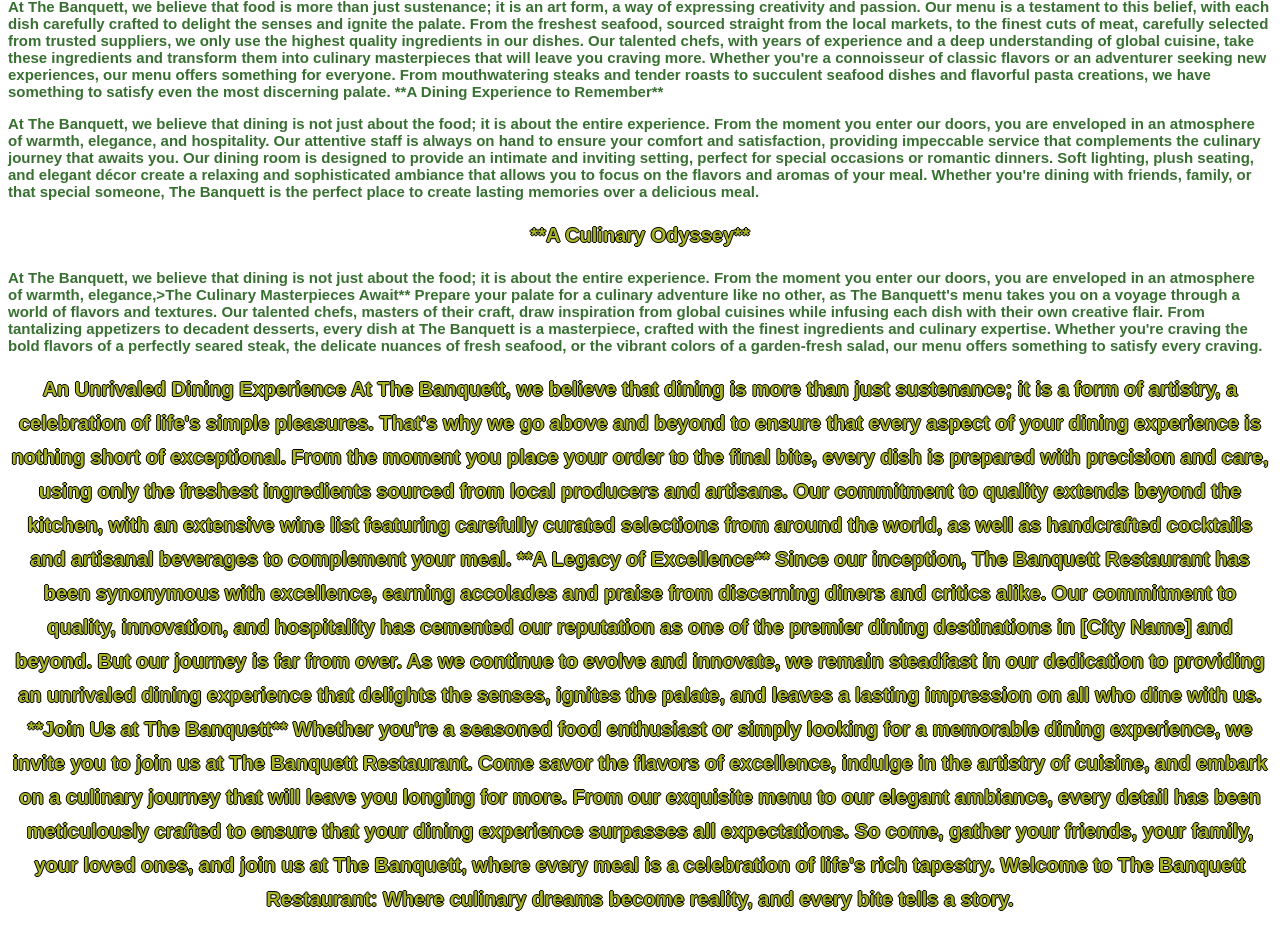
Repository: moinakhere/Restaurant
Page: Web face/home_page.html
These files come from the project's save history. The page is drawn as it stood at one moment and after the next save; the edit follows.
The browser window is 1280 px wide. The pictures show the part of the page from y = 1170 to 2122 px (the page is 2122 px tall before and 2117 px after).

Above is the page before, as saved 2024-04-07 21:23:18.

### Web face/home_page.html
<!DOCTYPE html>
<html/ lang="en"/>
<head/>
	<title>The Banquet Restaurant</title>
  <meta charset="utf-8">"
  <link rel="stylesheet" href="style.css">
  <meta name="viewport" content="width=device-width, initial-scale=1.0">
<body/>
  <p/><h1 class="p1"/>Welcome to The Banquet Restaurant
  <p/><h4 class="p2"/>Please select your table
  <form/>
    <input type="button" value="Table 1" onclick="window.location.href='table1.html'" target="_blank" class="button"/><br>
    <input type="button" value="Table 2" onclick="window.location.href='table2.html'" target="_blank" class="button"/><br>
    <input type="button" value="Table 3" onclick="window.location.href='table3.html'" target="_blank" class="button"/><br>
    <input type="button" value="Table 4" onclick="window.location.href='table4.html'" target="_blank" class="button"/><br>
    <input type="button" value="Table 5" onclick="window.location.href='table5.html'" target="_blank" class="button"/><br>
    <input type="button" value="Table 6" onclick="window.location.href='table6.html'" target="_blank" class="button"/><br>
  <img src="https://wallpapercave.com/wp/wp1874173.jpg" alt="The Banquet Restaurant" class="img1"/>
  <img src="https://media.timeout.com/images/105239239/image.jpg" alt="The Banquet Restaurant" class="img2"/><br>
  <strong class="head">Welcome to The Banquett Restaurant: A Culinary Odyssey<br></strong>
  <p class="body">
  Welcome, esteemed patrons, to The Banquett Restaurant, where gastronomic delights meet elegance in a symphony of flavors
  and ambiance. Nestled in the heart of Kolkata, The Banquett is more than just a restaurant; it is an experience, a
  journey through the artistry of cuisine. As you step through our doors, prepare to embark on a culinary odyssey like no other.
  The Banquett is not merely a place to dine; it is a sanctuary for food enthusiasts, a haven where passion for cooking meets dedication to service.</p>

  <strong class="head">A Fusion of Elegance and Comfort<br></strong>
  <p class="body">
  At The Banquett, we believe that dining is not just about the food; it is an experience that encompasses every sense.
  From the moment you enter, you are enveloped in an atmosphere of refined elegance and warmth. Our meticulously designed
  interior, adorned with soft lighting, plush seating, and tasteful décor, sets the stage for an unforgettable dining
  experience.
  Whether you're celebrating a special occasion, enjoying a romantic evening, or simply seeking a place to unwind after a
  long day, The Banquett offers an inviting ambiance that caters to all occasions. Our attentive staff is dedicated to
  ensuring your comfort, providing impeccable service that complements the culinary journey that awaits you.
  </p>
  <strong class="head">**A Symphony of Flavors**</p>
  <p class="body">
  At The Banquett, we believe that food is more than just sustenance; it is an art form, a way of expressing creativity
  and passion. Our menu is a testament to this belief, with each dish carefully crafted to delight the senses and ignite
  the palate.

  From the freshest seafood, sourced straight from the local markets, to the finest cuts of meat, carefully selected from
  trusted suppliers, we only use the highest quality ingredients in our dishes. Our talented chefs, with years of experience
  and a deep understanding of global cuisine, take these ingredients and transform them into culinary masterpieces that
  will leave you craving more.

  Whether you're a connoisseur of classic flavors or an adventurer seeking new experiences, our menu offers something
  for everyone. From mouthwatering steaks and tender roasts to succulent seafood dishes and flavorful pasta creations,
  we have something to satisfy even the most discerning palate.

  **A Dining Experience to Remember**</p>
  <p class="body">
  At The Banquett, we believe that dining is not just about the food; it is about the entire experience. From the moment you
  enter our doors, you are enveloped in an atmosphere of warmth, elegance, and hospitality. Our attentive staff is always
  on hand to ensure your comfort and satisfaction, providing impeccable service that complements the culinary journey that
  awaits you.

  Our dining room is designed to provide an intimate and inviting setting, perfect for special occasions or romantic dinners.
  Soft lighting, plush seating, and elegant décor create a relaxing and sophisticated ambiance that allows you to focus on
  the flavors and aromas of your meal.

  Whether you're dining with friends, family, or that special someone, The Banquett is the perfect place to create lasting
  memories over a delicious meal.
  </p>
  <strong class="head">**A Culinary Odyssey**</p>
  <p class="body">
  At The Banquett, we believe that dining is not just about the food; it is about the entire experience. From the moment you
  enter our doors, you are enveloped in an atmosphere of warmth, elegance,>The Culinary Masterpieces Await**

  Prepare your palate for a culinary adventure like no other, as The Banquett's menu takes you on a voyage through a world
  of flavors and textures. Our talented chefs, masters of their craft, draw inspiration from global cuisines while
  infusing each dish with their own creative flair.

  From tantalizing appetizers to decadent desserts, every dish at The Banquett is a masterpiece, crafted with the finest
  ingredients and culinary expertise. Whether you're craving the bold flavors of a perfectly seared steak, the delicate
  nuances of fresh seafood, or the vibrant colors of a garden-fresh salad, our menu offers something to satisfy every
  craving.</p>
  An Unrivaled Dining Experience

  At The Banquett, we believe that dining is more than just sustenance; it is a form of artistry, a celebration of life's
  simple pleasures. That's why we go above and beyond to ensure that every aspect of your dining experience is nothing
  short of exceptional.

  From the moment you place your order to the final bite, every dish is prepared with precision and care, using only the
  freshest ingredients sourced from local producers and artisans. Our commitment to quality extends beyond the kitchen,
  with an extensive wine list featuring carefully curated selections from around the world, as well as handcrafted
  cocktails and artisanal beverages to complement your meal.

  **A Legacy of Excellence**

  Since our inception, The Banquett Restaurant has been synonymous with excellence, earning accolades and praise from
  discerning diners and critics alike. Our commitment to quality, innovation, and hospitality has cemented our reputation
  as one of the premier dining destinations in [City Name] and beyond.

  But our journey is far from over. As we continue to evolve and innovate, we remain steadfast in our dedication to
  providing an unrivaled dining experience that delights the senses, ignites the palate, and leaves a lasting impression
  on all who dine with us.

  **Join Us at The Banquett**

  Whether you're a seasoned food enthusiast or simply looking for a memorable dining experience, we invite you to join us
  at The Banquett Restaurant. Come savor the flavors of excellence, indulge in the artistry of cuisine, and embark on a
  culinary journey that will leave you longing for more.

  From our exquisite menu to our elegant ambiance, every detail has been meticulously crafted to ensure that your dining
  experience surpasses all expectations. So come, gather your friends, your family, your loved ones, and join us at The
  Banquett, where every meal is a celebration of life's rich tapestry.

  Welcome to The Banquett Restaurant: Where culinary dreams become reality, and every bite tells a story.
  <div class="bg-img"/>

### Web face/style.css
.button {
  background-color: #ed5f0d;
  color: rgb(255, 255, 255);
  border: 1px solid rgb(21, 154, 200);
  border-radius: 20px;
  text-align: center;
  text-decoration: none;
  display: inline-block;
  font-size: 16px;
  margin: 4px 2px;
  cursor: pointer;
  padding: 15px 32px;
  width: 200px;
  height: 50px;
  font-family: Arial, Helvetica, sans-serif;
  box-shadow: 0 8px 20px 0 rgba(141, 66, 66, 0.835), 0 8px 20px 0 rgba(0,0,0,0.19);
  transition: height 0.4s, width 0.4s, font-size 0.4s, opacity 0.4s, background-color 0.4s, color 0.4s, box-shadow 0.4s;
}

.button:hover {
  background-color: #e87938;
  color: rgb(241, 225, 225);
  font-size: 20px;
  width: 210px;
  height: 52px;
  opacity: 0.8;
  box-shadow: 10px 12px 40px 2px rgba(141, 66, 66, 0.835), 0 8px 20px 0 rgba(0, 0, 0, 0.19);
  transition: height 0.4s, width 0.4s, font-size 0.4s, opacity 0.4s, background-color 0.4s, color 0.4s, box-shadow 0.4s;
}

.button:active {
  background-color: #f49a66;
  color: rgb(0, 0, 0);
  font-size: 20px;
  width: 210px;
  height: 52px;
  opacity: 0.5;
  box-shadow: 10px 12px 40px 2px rgba(141, 66, 66, 0.835), 0 8px 20px 0 rgba(0, 0, 0, 0.19);
}


.p1 {
  color: rgb(21, 154, 200);
  font-size: 50px;
  text-align: center;
  font-family: Arial, Helvetica, sans-serif;
  text-shadow: 1px 0px 0px rgb(71, 53, 100),
       -1px 0px 0px rgb(71, 53, 100),
       0px 1px 0px rgb(71, 53, 100),
       0px -1px 0px rgb(71, 53, 100);
}

.p2 {
  color: rgb(255, 0, 0);
  font-size: 30px;
  text-align: center;
  font-family: Arial, Helvetica, sans-serif;
  text-shadow: 1px 0px 0px rgb(0, 0, 0),
       -1px 0px 0px rgb(0, 0, 0),
       0px 1px 0px rgb(0, 0, 0),
       0px -1px 0px rgb(0, 0, 0);
}
form {
  text-align: center;
}
.img1{
    margin-top: 50px;
    margin-bottom: 50px;
    height: 200px;
    width: 600px;
    border-radius: 20px;
    opacity:0.7;
    float: left;
}

.img2{
    margin-top: 50px;
    margin-bottom: 50px;
    height: 200px;
    width: 600px;
    border-radius: 20px;
    opacity:0.7;
    float: right;
}

.bg-img {
  background-size: cover;
  background-repeat: no-repeat;
  background-position: center;
  position: fixed;
  top: 0;
  left: 0;
  right: 0;
  z-index: -1;
  width: 100%;
  filter: blur(8px);
  -webkit-filter: blur(8px);
  height: 100%;
  opacity: 0.65;
  background-image:url("https://th.bing.com/th/id/R.0f5e04ec66d7a6e19795b0c312ef17aa?rik=clY31xOlb2k4tw&riu=http%3a%2f%2feskipaper.com%2fimages%2ftable-flowers-background-1.jpg&ehk=s5m89hxCVKBmLwq4SgL5qT0mezcRFp9jrse8FoQV%2btg%3d&risl=&pid=ImgRaw&r=0")
}
.Menu{
  text-align: center;
  font-size:30px;
  font-family:Arial, Helvetica, sans-serif;
  text-shadow:1px 0px 0px rgb(93, 36, 36),
  -1px 0px 0px rgb(93, 36, 36),
  0px 1px 0px rgb(93, 36, 36),
  0px -1px 0px rgb(93, 36, 36);
  font-weight: 'italic';
  color: rgba(48, 166, 179, 0.817);
}
.body{
  font-size: 15px;
  font-family: Arial, Helvetica, sans-serif;
  color: rgb(56, 112, 49);
  text-shadow: none;
  text-align: left;
}
.head{
  font-size: 20px;
  font-family: Arial, Helvetica, sans-serif;
  color: rgb(171, 181, 40);
  font-weight: 'bold';
  text-align: left;
}

After the next save:
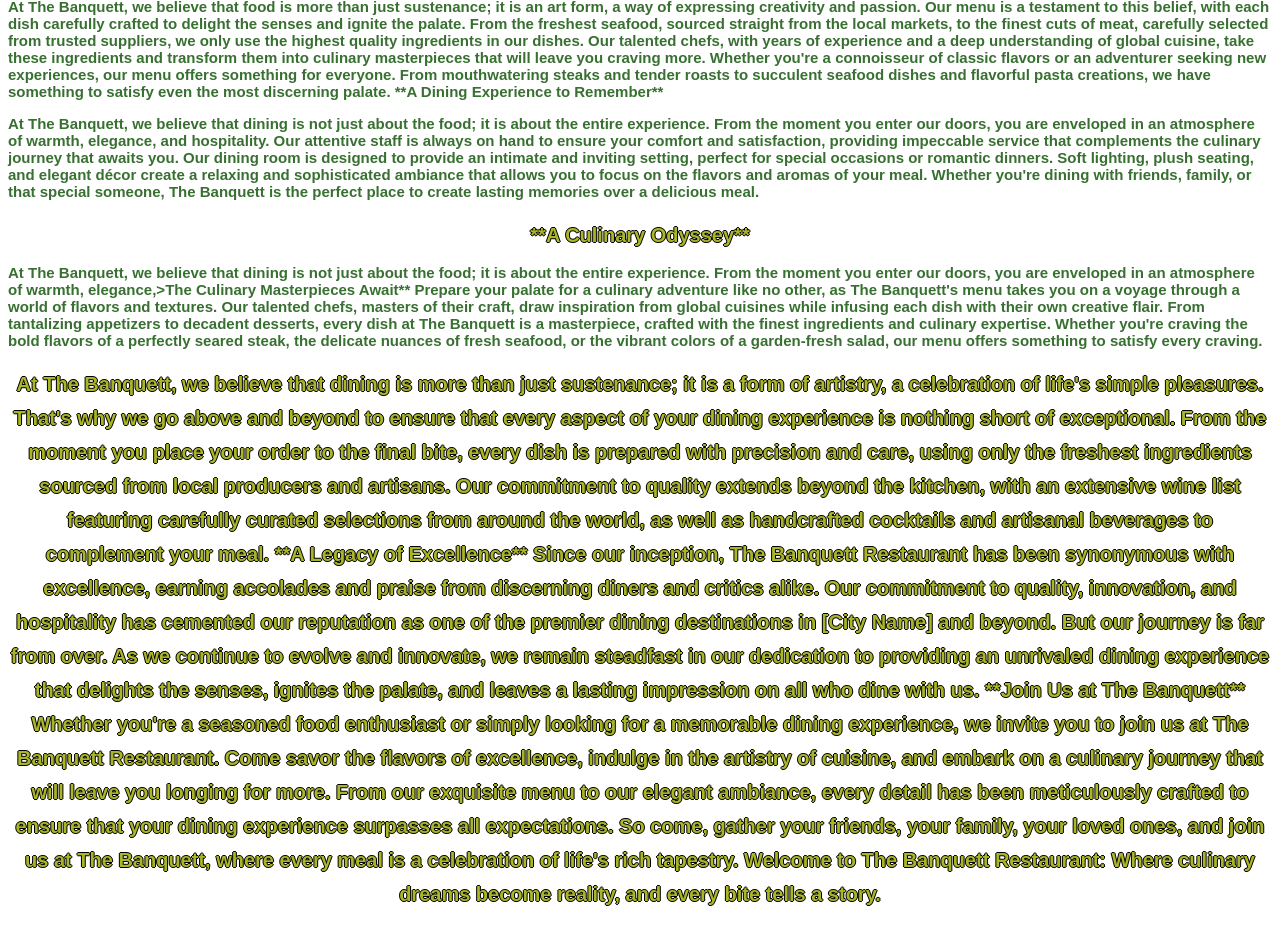
Saved 67 s later.
--- a/Web face/home_page.html
+++ b/Web face/home_page.html
@@ -63,7 +63,7 @@
   Whether you're dining with friends, family, or that special someone, The Banquett is the perfect place to create lasting
   memories over a delicious meal.
   </p>
-  <strong class="head">**A Culinary Odyssey**</p>
+  <strong class="head">**A Culinary Odyssey**</strong>
   <p class="body">
   At The Banquett, we believe that dining is not just about the food; it is about the entire experience. From the moment you
   enter our doors, you are enveloped in an atmosphere of warmth, elegance,>The Culinary Masterpieces Await**
@@ -76,8 +76,6 @@
   ingredients and culinary expertise. Whether you're craving the bold flavors of a perfectly seared steak, the delicate
   nuances of fresh seafood, or the vibrant colors of a garden-fresh salad, our menu offers something to satisfy every
   craving.</p>
-  An Unrivaled Dining Experience
-
   At The Banquett, we believe that dining is more than just sustenance; it is a form of artistry, a celebration of life's
   simple pleasures. That's why we go above and beyond to ensure that every aspect of your dining experience is nothing
   short of exceptional.
